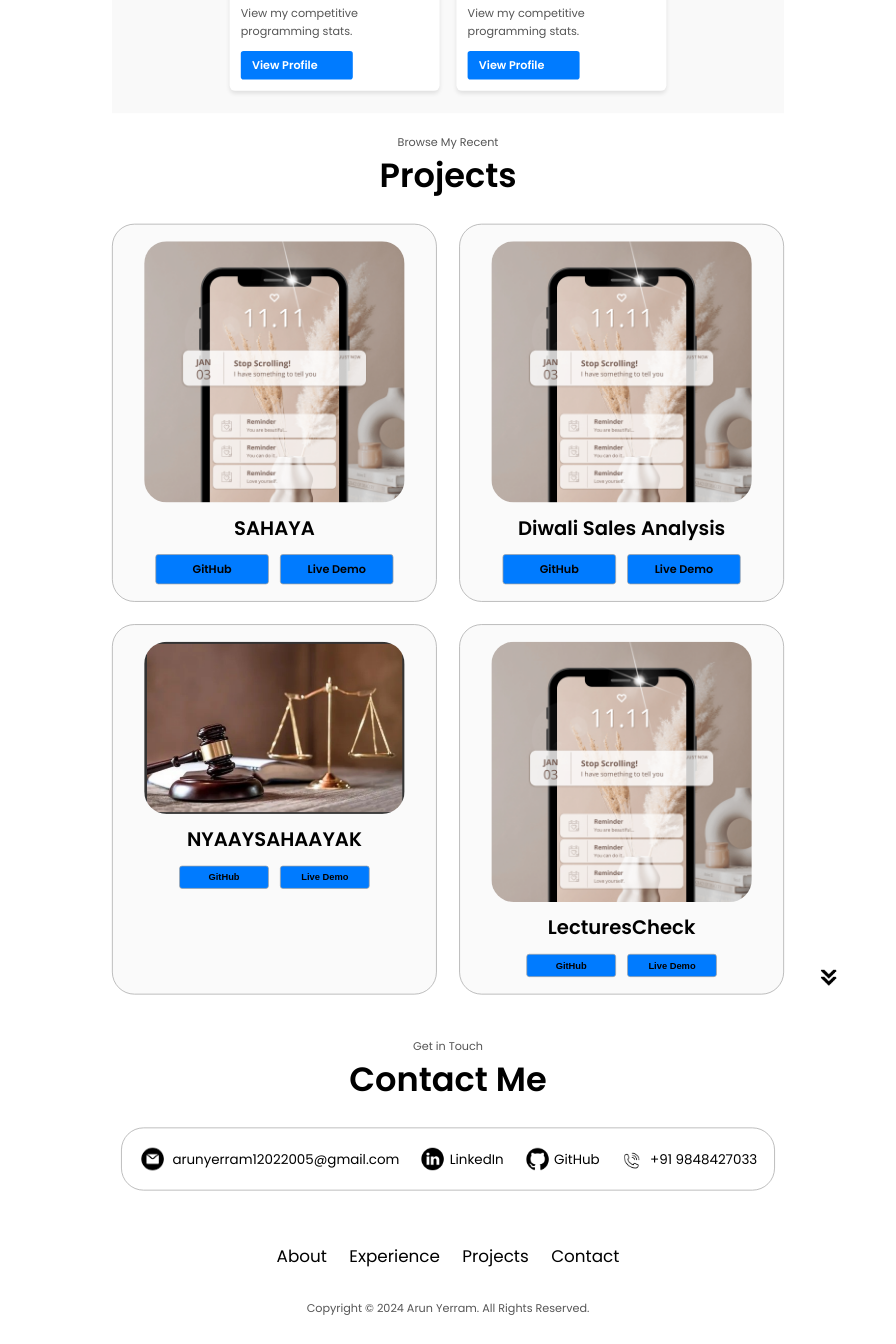
Repository: arunyerram/PortFolio
Page: index.html
The author's editor kept a copy of each file at every save. The page is drawn from the files as they stood at one save, then again after a run of saves.
The browser window is 1280 px wide. The pictures show the part of the page from y = 2864 to 4784 px (the page is 4784 px tall before and 4752 px after), at 70% of full size.

Above is the page before, as saved 2025-01-26 16:53:55.

After the next 2 saves:
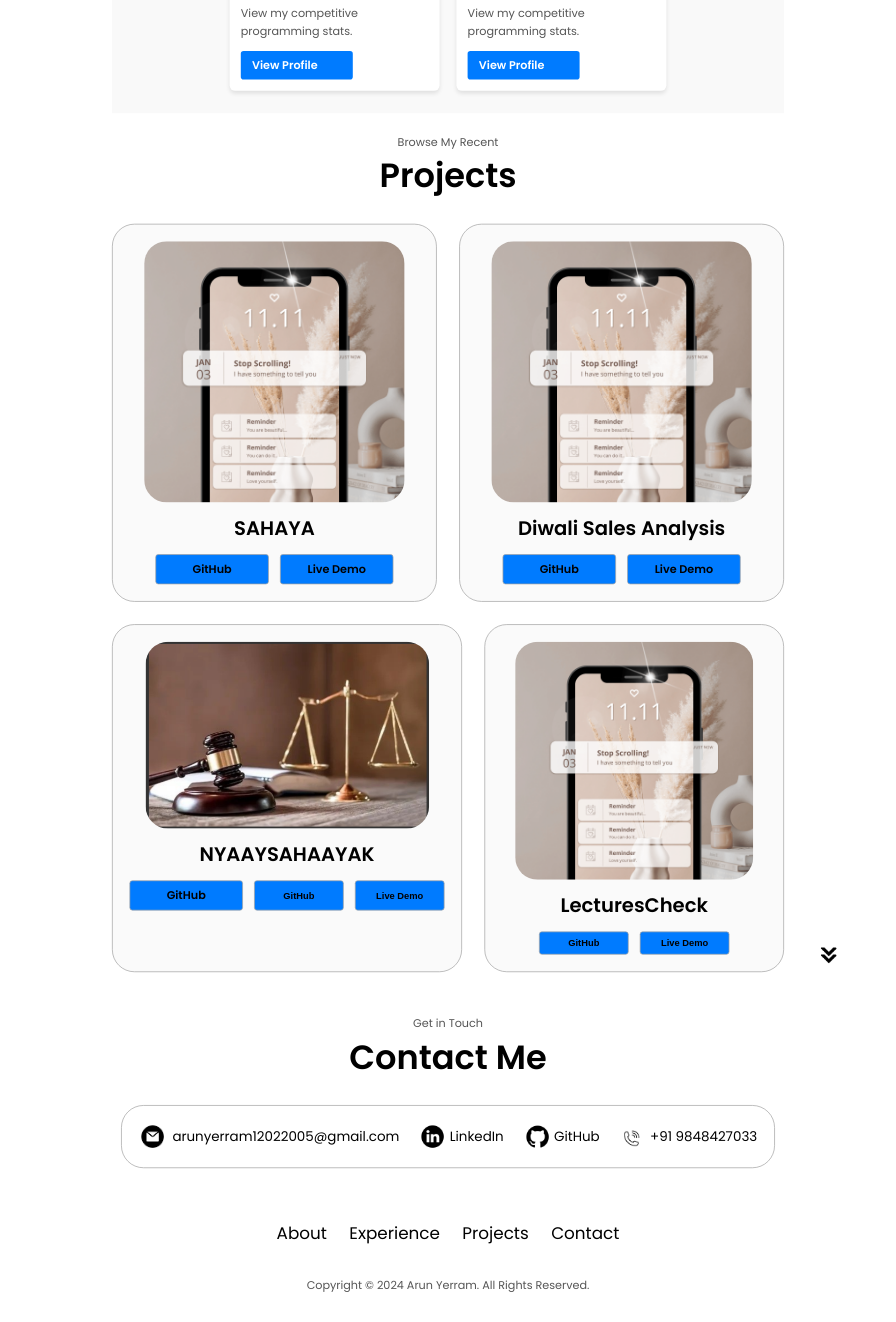
The 2 saves are shown as one change because they came seconds apart.
The last was saved 48 days later.
--- a/index.html
+++ b/index.html
@@ -307,6 +307,7 @@
           </div>
           <h2 class="experience-sub-title project-title">NYAAYSAHAAYAK</h2>
           <div class="btn-container">
+            <a href="https://github.com/ARUN-YERRAM/Data-Analysis-Project" class="btn btn-color-2 project-btn" target="_blank">GitHub</a>
             <button class="btn btn-color-2 project-btn" onclick="location.href='https://github.com/ARUN-YERRAM/NYAAYSAHAAYAK'">GitHub</button>
             <button class="btn btn-color-2 project-btn" onclick="location.href=''">Live Demo</button>
           </div>

After the 3 saves that followed:
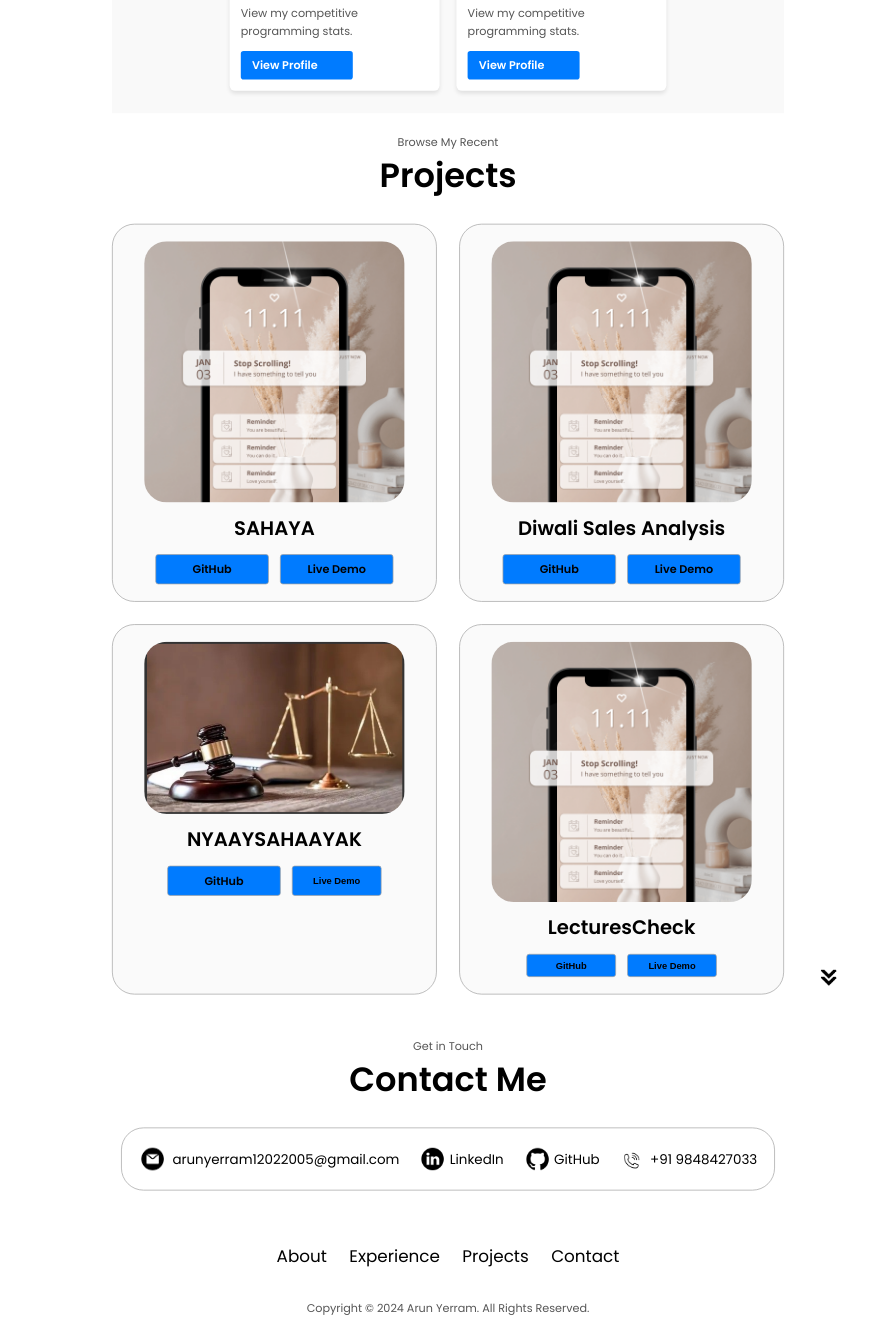
The 3 saves are shown as one change because 2 left the picture as it was.
The last was saved 21 s later.
--- a/index.html
+++ b/index.html
@@ -307,8 +307,8 @@
           </div>
           <h2 class="experience-sub-title project-title">NYAAYSAHAAYAK</h2>
           <div class="btn-container">
-            <a href="https://github.com/ARUN-YERRAM/Data-Analysis-Project" class="btn btn-color-2 project-btn" target="_blank">GitHub</a>
-            <button class="btn btn-color-2 project-btn" onclick="location.href='https://github.com/ARUN-YERRAM/NYAAYSAHAAYAK'">GitHub</button>
+            <a href="https://github.com/ARUN-YERRAM/NYAAYSAHAAYAK" class="btn btn-color-2 project-btn" target="_blank">GitHub</a>
+            <!-- <button class="btn btn-color-2 project-btn" onclick="location.href=''">GitHub</button> -->
             <button class="btn btn-color-2 project-btn" onclick="location.href=''">Live Demo</button>
           </div>
         </div>
